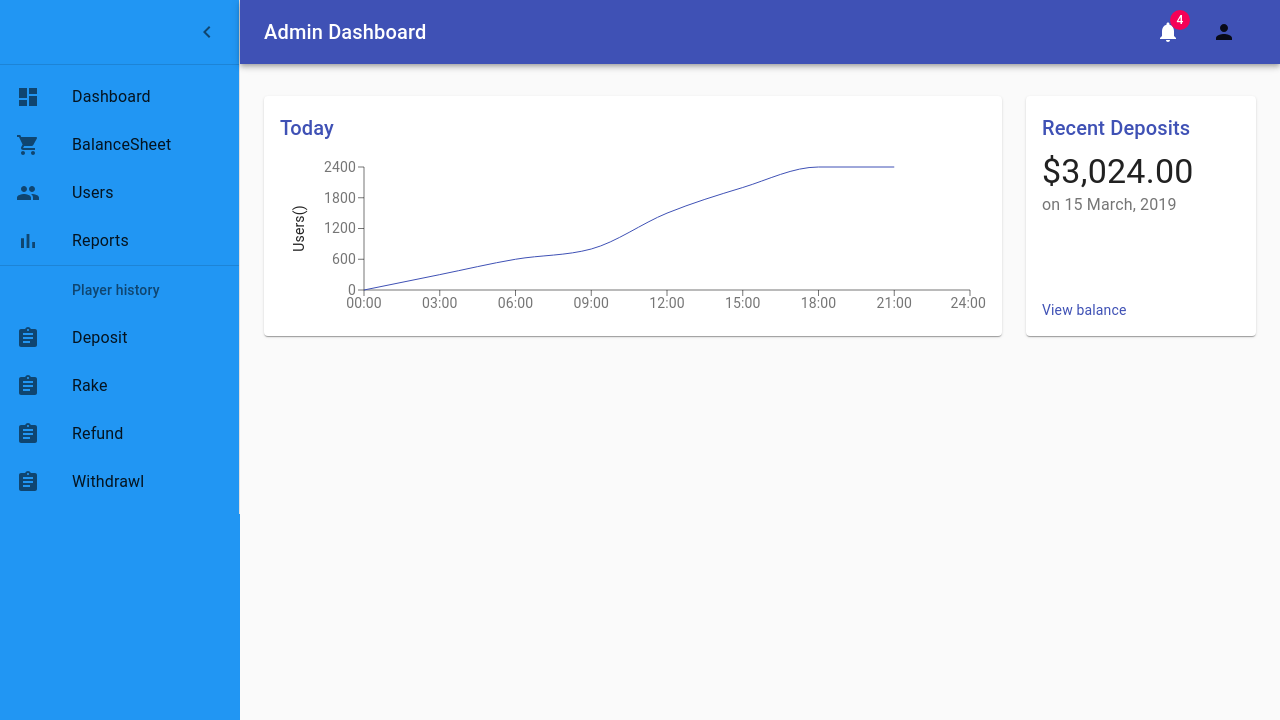
Repository: imayankbisht/ludofrontend
Page: /Dashboard
The author's editor kept a copy of each file at every save. The page is drawn from the files as they stood at one save, then again after the next save.
The browser window is 1280 px wide. The pictures show the whole page.
The project was rebuilt for these pictures with package versions that can differ from the ones it lists, and the page was loaded fresh each time. Also part of the build but not shown: src/axios.js, src/components/login.js.

Above is the page before, as saved 2021-01-16 15:14:45.

### src/App.js
import React from 'react';
import './App.css';
import {
  BrowserRouter as Router,
  Switch,
  Route,
 Redirect
} from "react-router-dom";
// import SignInOutContainer from './containers';
import Dashboard from './components/Dashboard';
import Login from './components/login';
 function App() {
  return (
    <div className="App">
  <Router >
    <Switch>
      <Route path="/login" component={Login} />
      <Route path="/Dashboard" component={Dashboard} />
      <Redirect from="/" to="/login" />
    </Switch>
  </Router>
      </div>
  );
}


export default App;

### src/App.css
.App {
  /* text-align: center; */

}

.App-logo {
  height: 40vmin;
  pointer-events: none;
}

@media (prefers-reduced-motion: no-preference) {
  .App-logo {
    animation: App-logo-spin infinite 20s linear;
  }
}

.App-header {
  background-color: #282c34;
  min-height: 100vh;
  display: flex;
  flex-direction: column;
  align-items: center;
  justify-content: center;
  font-size: calc(10px + 2vmin);
  color: white;
}

.App-link {
  color: #61dafb;
}

@keyframes App-logo-spin {
  from {
    transform: rotate(0deg);
  }
  to {
    transform: rotate(360deg);
  }
}

### src/components/Dashboard.js
import React from 'react';
import clsx from 'clsx';
import { makeStyles } from '@material-ui/core/styles';
import CssBaseline from '@material-ui/core/CssBaseline';
import Drawer from '@material-ui/core/Drawer';
import Box from '@material-ui/core/Box';
import AppBar from '@material-ui/core/AppBar';
import Toolbar from '@material-ui/core/Toolbar';
import List from '@material-ui/core/List';
import Typography from '@material-ui/core/Typography';
import Divider from '@material-ui/core/Divider';
import IconButton from '@material-ui/core/IconButton';
import Badge from '@material-ui/core/Badge';
import Container from '@material-ui/core/Container';
import Grid from '@material-ui/core/Grid';
import Paper from '@material-ui/core/Paper';
// import Link from '@material-ui/core/Link';
import MenuIcon from '@material-ui/icons/Menu';
import ChevronLeftIcon from '@material-ui/icons/ChevronLeft';
import NotificationsIcon from '@material-ui/icons/Notifications';
import { mainListItems} from './listItems';
import Chart from './Chart';
import Deposits from './Deposits';
import MenuItem from "@material-ui/core/MenuItem";
import MenuList from "@material-ui/core/MenuList";
import Hidden from "@material-ui/core/Hidden";
import Grow from "@material-ui/core/Grow";
import Poppers from "@material-ui/core/Popper";
import ClickAwayListener from "@material-ui/core/ClickAwayListener";
import Person from "@material-ui/icons/Person";
import classNames from "classnames";
import Button from "@material-ui/core/Button";
import {Link} from 'react-router-dom';

const drawerWidth = 240;

const useStyles = makeStyles((theme) => ({
  root: {
    display: 'flex',
  },
  toolbar: {
    paddingRight: 24, // keep right padding when drawer closed
  },
  toolbarIcon: {
    display: 'flex',
    alignItems: 'center',
    justifyContent: 'flex-end',
    padding: '0 8px',
    ...theme.mixins.toolbar,
  },
  appBar: {
    zIndex: theme.zIndex.drawer + 1,
    transition: theme.transitions.create(['width', 'margin'], {
      easing: theme.transitions.easing.sharp,
      duration: theme.transitions.duration.leavingScreen,
    }),
  },
  appBarShift: {
    marginLeft: drawerWidth,
    width: `calc(100% - ${drawerWidth}px)`,
    transition: theme.transitions.create(['width', 'margin'], {
      easing: theme.transitions.easing.sharp,
      duration: theme.transitions.duration.enteringScreen,
    }),
  },
  menuButton: {
    marginRight: 36,
  },
  menuButtonHidden: {
    display: 'none',
  },
  title: {
    flexGrow: 1,
  },
  drawerPaper: {
    position: 'relative',
    whiteSpace: 'nowrap',
    width: drawerWidth,
    transition: theme.transitions.create('width', {
      easing: theme.transitions.easing.sharp,
      duration: theme.transitions.duration.enteringScreen,
    }),
  },
  drawerPaperClose: {
    overflowX: 'hidden',
    transition: theme.transitions.create('width', {
      easing: theme.transitions.easing.sharp,
      duration: theme.transitions.duration.leavingScreen,
    }),
    width: theme.spacing(7),
    [theme.breakpoints.up('sm')]: {
      width: theme.spacing(9),
    },
  },
  appBarSpacer: theme.mixins.toolbar,
  content: {
    flexGrow: 1,
    height: '100vh',
    overflow: 'auto',
  },
  container: {
    paddingTop: theme.spacing(4),
    paddingBottom: theme.spacing(4),
  },
  paper: {
    padding: theme.spacing(2),
    display: 'flex',
    overflow: 'auto',
    flexDirection: 'column',
  },
  fixedHeight: {
    height: 240,
  },
}));

 function Dashboard() {
  const classes = useStyles();
  const [open, setOpen] = React.useState(true);
  const [openProfile, setOpenProfile] = React.useState(null);
  const handleClickProfile = event => {
    if (openProfile && openProfile.contains(event.target)) {
      setOpenProfile(null);
    } else {
      setOpenProfile(event.currentTarget);
    }
  };
  const handleCloseProfile = () => {
    setOpenProfile(null);
  };
  const handleDrawerOpen = () => {
    setOpen(true);
  };
  const handleDrawerClose = () => {
    setOpen(false);
  };
  const fixedHeightPaper = clsx(classes.paper, classes.fixedHeight);

  return (
    <div className={classes.root}>
      <CssBaseline />
      <AppBar position="absolute" className={clsx(classes.appBar, open && classes.appBarShift)}>
        <Toolbar className={classes.toolbar}>
          <IconButton
            edge="start"
            color="inherit"
            aria-label="open drawer"
            onClick={handleDrawerOpen}
            className={clsx(classes.menuButton, open && classes.menuButtonHidden)}
          >
            <MenuIcon />
          </IconButton>
          <Typography component="h1" variant="h6" color="inherit" noWrap className={classes.title}>
          Admin Dashboard
          </Typography>
          <IconButton color="inherit">
            <Badge badgeContent={4} color="secondary">
              <NotificationsIcon />
            </Badge>
          </IconButton>
          <Button
          color={window.innerWidth > 959 ? "transparent" : "white"}
          justIcon={window.innerWidth > 959}
          simple={!(window.innerWidth > 959)}
          aria-owns={openProfile ? "profile-menu-list-grow" : null}
          aria-haspopup="true"
          onClick={handleClickProfile}
          className={classes.buttonLink}
        >
          <Person className={classes.icons} />
          <Hidden mdUp implementation="css">
            <p className={classes.linkText}>Profile</p>
          </Hidden>
        </Button>
        <Poppers
          open={Boolean(openProfile)}
          anchorEl={openProfile}
          transition
          disablePortal
          className={
            classNames({ [classes.popperClose]: !openProfile }) +
            " " +
            classes.popperNav
          }
        >
          {({ TransitionProps, placement }) => (
            <Grow
              {...TransitionProps}
              id="profile-menu-list-grow"
              style={{
                transformOrigin:
                  placement === "bottom" ? "center top" : "center bottom"
              }}
            >
              <Paper>
                <ClickAwayListener onClickAway={handleCloseProfile}>
                  <MenuList role="menu">
                    <MenuItem
                      onClick={handleCloseProfile}
                      className={classes.dropdownItem}
                    >
                      Profile
                    </MenuItem>
                    <MenuItem
                      onClick={handleCloseProfile}
                      className={classes.dropdownItem}
                    >
                      Settings
                    </MenuItem>
                    <Divider light />
                    <Link to="login">
                    <MenuItem
                      onClick={handleCloseProfile}
                      className={classes.dropdownItem}
                    >
                      Logout
                    </MenuItem>
                    </Link>
                  </MenuList>
                </ClickAwayListener>
              </Paper>
            </Grow>
          )}
        </Poppers>
        </Toolbar>
      </AppBar>
     <Box bgcolor="info.main">
     <Drawer
        variant="permanent"
        classes={{
          paper: clsx(classes.drawerPaper, !open && classes.drawerPaperClose),
        }}
        open={open}
      >
        <Box bgcolor="info.main">
        <div className={classes.toolbarIcon}>
          <IconButton onClick={handleDrawerClose}>
            <ChevronLeftIcon />
          </IconButton>
        </div>
        <Divider />
        <List>{mainListItems}</List>
        </Box>
        {/* <List>{secondaryListItems}</List> */}
      </Drawer>
     </Box>
      <main className={classes.content}>
        <div className={classes.appBarSpacer} />
        <Container maxWidth="lg" className={classes.container}>
          <Grid container spacing={3}>
            {/* Chart */}
            <Grid item xs={12} md={8} lg={9}>
              <Paper className={fixedHeightPaper}>
                <Chart />
              </Paper>
            </Grid>
            {/* Recent Deposits */}
            <Grid item xs={12} md={4} lg={3}>
              <Paper className={fixedHeightPaper}>
                <Deposits />
              </Paper>
            </Grid>

          </Grid>

        </Container>
      </main>
    </div>
  );
}
export default Dashboard;

### src/components/listItems.js
import React from 'react';
import ListItem from '@material-ui/core/ListItem';
import ListItemIcon from '@material-ui/core/ListItemIcon';
import ListItemText from '@material-ui/core/ListItemText';
import ListSubheader from '@material-ui/core/ListSubheader';
import DashboardIcon from '@material-ui/icons/Dashboard';
import ShoppingCartIcon from '@material-ui/icons/ShoppingCart';
import PeopleIcon from '@material-ui/icons/People';
import BarChartIcon from '@material-ui/icons/BarChart';
import LayersIcon from '@material-ui/icons/Layers';
import AssignmentIcon from '@material-ui/icons/Assignment';
import Box from '@material-ui/core/Box';
import Divider from '@material-ui/core/Divider';

export const mainListItems = (
  // <Box bgcolor="lightgray">
  <div>

   <ListItem button>
      <ListItemIcon>
        <DashboardIcon />
      </ListItemIcon>
      <ListItemText  primary="Dashboard" />
    </ListItem>
    <ListItem button>
      <ListItemIcon>
        <ShoppingCartIcon />
      </ListItemIcon>
      <ListItemText primary="BalanceSheet" />
    </ListItem>
    <ListItem button>
      <ListItemIcon>
        <PeopleIcon />
      </ListItemIcon>
      <ListItemText primary="Users" />
    </ListItem>
    <ListItem button>
      <ListItemIcon>
        <BarChartIcon />
      </ListItemIcon>
      <ListItemText primary="Reports" />
    </ListItem>
    <Divider />
    <ListSubheader inset>Player history</ListSubheader>
    <ListItem button>
      <ListItemIcon>
        <AssignmentIcon />
      </ListItemIcon>
      <ListItemText primary="Deposit" />
    </ListItem>
    <ListItem button>
      <ListItemIcon>
        <AssignmentIcon />
      </ListItemIcon>
      <ListItemText primary="Rake" />
    </ListItem>
    <ListItem button>
      <ListItemIcon>
        <AssignmentIcon />
      </ListItemIcon>
      <ListItemText primary="Refund" />
    </ListItem>
    <ListItem button>
      <ListItemIcon>
        <AssignmentIcon />
      </ListItemIcon>
      <ListItemText primary="Withdrawl" />
    </ListItem>


  </div>
  // </Box>
);

// export const secondaryListItems = (
//   <div>
//     <ListSubheader inset>Player history</ListSubheader>
//     <ListItem button>
//       <ListItemIcon>
//         <AssignmentIcon />
//       </ListItemIcon>
//       <ListItemText primary="Deposit" />
//     </ListItem>
//     <ListItem button>
//       <ListItemIcon>
//         <AssignmentIcon />
//       </ListItemIcon>
//       <ListItemText primary="Rake" />
//     </ListItem>
//     <ListItem button>
//       <ListItemIcon>
//         <AssignmentIcon />
//       </ListItemIcon>
//       <ListItemText primary="Refund" />
//     </ListItem>
//     <ListItem button>
//       <ListItemIcon>
//         <AssignmentIcon />
//       </ListItemIcon>
//       <ListItemText primary="Withdrawl" />
//     </ListItem>
//   </div>
// );

### src/components/Chart.js
import React from 'react';
import { useTheme } from '@material-ui/core/styles';
import { LineChart, Line, XAxis, YAxis, Label, ResponsiveContainer } from 'recharts';
import Title from './Title';

// Generate Sales Data
function createData(time, amount) {
  return { time, amount };
}

const data = [
  createData('00:00', 0),
  createData('03:00', 300),
  createData('06:00', 600),
  createData('09:00', 800),
  createData('12:00', 1500),
  createData('15:00', 2000),
  createData('18:00', 2400),
  createData('21:00', 2400),
  createData('24:00', undefined),
];

export default function Chart() {
  const theme = useTheme();

  return (
    <React.Fragment>
      <Title>Today</Title>
      <ResponsiveContainer>
        <LineChart
          data={data}
          margin={{
            top: 16,
            right: 16,
            bottom: 0,
            left: 24,
          }}
        >
          <XAxis dataKey="time" stroke={theme.palette.text.secondary} />
          <YAxis stroke={theme.palette.text.secondary}>
            <Label
              angle={270}
              position="left"
              style={{ textAnchor: 'middle', fill: theme.palette.text.primary }}
            >
              Users()
            </Label>
          </YAxis>
          <Line type="monotone" dataKey="amount" stroke={theme.palette.primary.main} dot={false} />
        </LineChart>
      </ResponsiveContainer>
    </React.Fragment>
  );
}

### src/components/Deposits.js
import React from 'react';
import Link from '@material-ui/core/Link';
import { makeStyles } from '@material-ui/core/styles';
import Typography from '@material-ui/core/Typography';
import Title from './Title';

function preventDefault(event) {
  event.preventDefault();
}

const useStyles = makeStyles({
  depositContext: {
    flex: 1,
  },
});

export default function Deposits() {
  const classes = useStyles();
  return (
    <React.Fragment>
      <Title>Recent Deposits</Title>
      <Typography component="p" variant="h4">
        $3,024.00
      </Typography>
      <Typography color="textSecondary" className={classes.depositContext}>
        on 15 March, 2019
      </Typography>
      <div>
        <Link color="primary" href="#" onClick={preventDefault}>
          View balance
        </Link>
      </div>
    </React.Fragment>
  );
}

Loaded but not shown: public/index.html (common file); src/index.js (common file); src/index.css (common file); src/serviceWorker.js (common file); src/components/Title.js (common file)

After the next save:
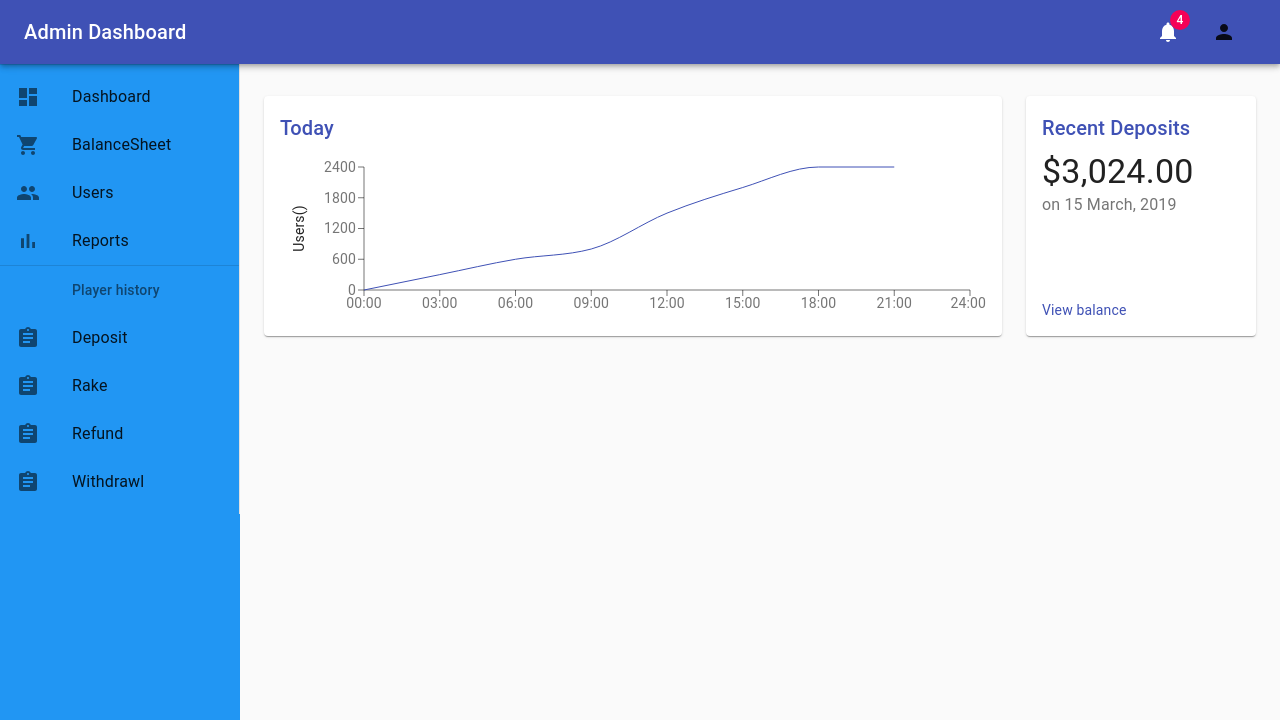
Saved 14 s later.
--- a/src/components/Dashboard.js
+++ b/src/components/Dashboard.js
@@ -55,14 +55,14 @@
       duration: theme.transitions.duration.leavingScreen,
     }),
   },
-  appBarShift: {
-    marginLeft: drawerWidth,
-    width: `calc(100% - ${drawerWidth}px)`,
-    transition: theme.transitions.create(['width', 'margin'], {
-      easing: theme.transitions.easing.sharp,
-      duration: theme.transitions.duration.enteringScreen,
-    }),
-  },
+  // appBarShift: {
+  //   marginLeft: drawerWidth,
+  //   width: `calc(100% - ${drawerWidth}px)`,
+  //   transition: theme.transitions.create(['width', 'margin'], {
+  //     easing: theme.transitions.easing.sharp,
+  //     duration: theme.transitions.duration.enteringScreen,
+  //   }),
+  // },
   menuButton: {
     marginRight: 36,
   },

After the save that followed:
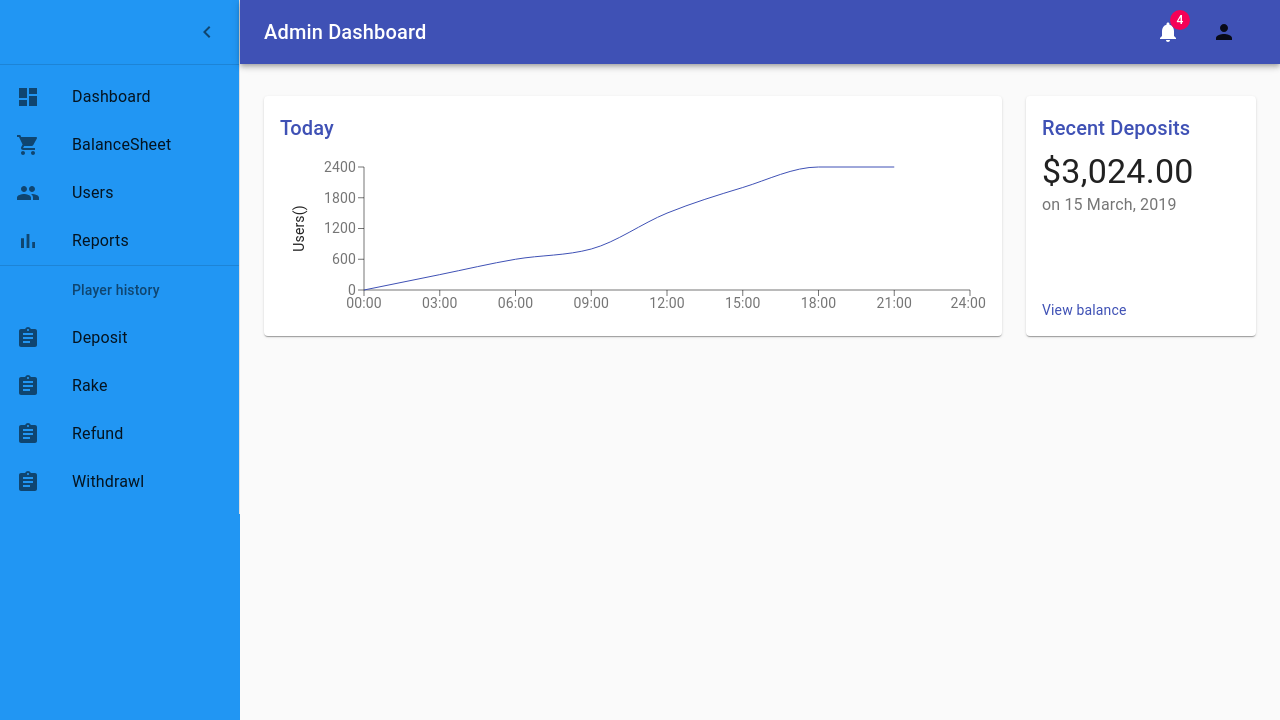
Saved 11 s later.
--- a/src/components/Dashboard.js
+++ b/src/components/Dashboard.js
@@ -55,14 +55,14 @@
       duration: theme.transitions.duration.leavingScreen,
     }),
   },
-  // appBarShift: {
-  //   marginLeft: drawerWidth,
-  //   width: `calc(100% - ${drawerWidth}px)`,
-  //   transition: theme.transitions.create(['width', 'margin'], {
-  //     easing: theme.transitions.easing.sharp,
-  //     duration: theme.transitions.duration.enteringScreen,
-  //   }),
-  // },
+  appBarShift: {
+    marginLeft: drawerWidth,
+    width: `calc(100% - ${drawerWidth}px)`,
+    transition: theme.transitions.create(['width', 'margin'], {
+      easing: theme.transitions.easing.sharp,
+      duration: theme.transitions.duration.enteringScreen,
+    }),
+  },
   menuButton: {
     marginRight: 36,
   },
